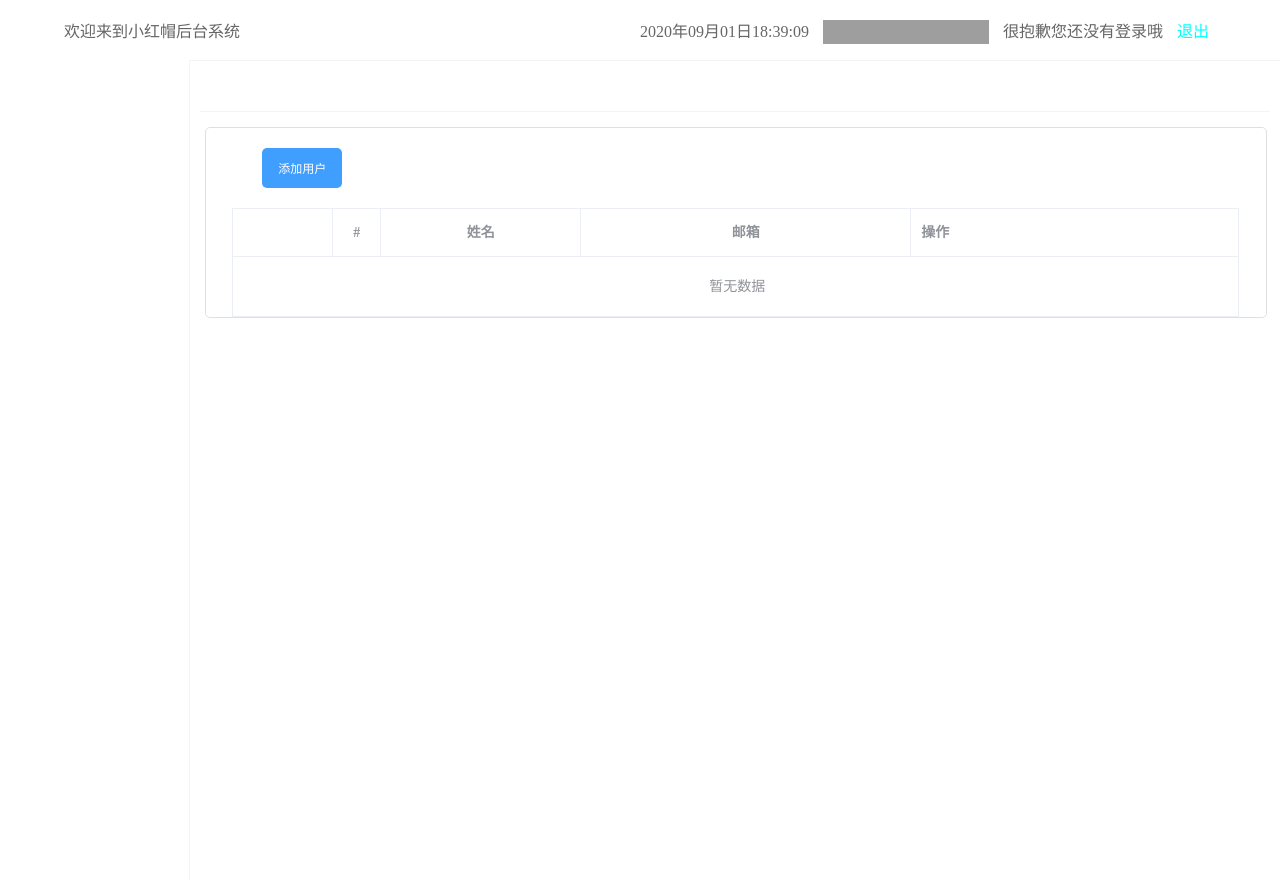
Repository: jinggegeZ/whitesystem
Page: /rights/roles
These files come from the project's save history. The page is drawn as it stood at one moment and after the next save; the edit follows.
The browser window is 1280 px wide. The pictures show the whole page.
Pictures or frames that could not be fetched are drawn as grey boxes. The page's requests for data from a server got no answer. The project was rebuilt for these pictures with package versions that can differ from the ones it lists, and the page was loaded fresh each time. No one was signed in, and anything a server would have sent is missing. Also part of the build but not shown: vue.config.js, src/views/Home.vue.

Above is the page before, as saved 2020-09-02 12:50:48.

### public/index.html
<!DOCTYPE html>
<html lang="en">
  <head>
    <meta charset="utf-8">
    <meta http-equiv="X-UA-Compatible" content="IE=edge">
    <meta name="viewport" content="width=device-width,initial-scale=1.0">
    <link rel="icon" href="<%= BASE_URL %>favicon.ico">
    <title><%= htmlWebpackPlugin.options.title %></title>
  </head>
  <body>
    <noscript>
      <strong>We're sorry but <%= htmlWebpackPlugin.options.title %> doesn't work properly without JavaScript enabled. Please enable it to continue.</strong>
    </noscript>
    <div id="app"></div>
    <!-- built files will be auto injected -->

     <!--[if lte IE 9]>
    <div style='position:absolute; top: 50%; left:50%; margin-top: -50px;margin-left: -400px; align-items: center;justify-content: center;'>
      <div style='width: 800px; height: 100px;text-align: center'>
        <h1>
        您的浏览器版本过低 请下载最新的谷歌浏览器
      </h1>
      <div style='text-align: center;width: 800px'>
        <a href=''>下载谷歌浏览器点此链接</a>
      </div>
      </div>
    </div>
  <![endif]-->
  </body>

</html>

### src/main.js
import Vue from "vue";
import App from "./App.vue";
import router from "./router";
import store from "./store";
import './bus'
import ElementUI from 'element-ui'
import 'element-ui/lib/theme-chalk/index.css'
import dayjs from 'dayjs'
import echarts from "echarts"

dayjs().format();
Vue.use(ElementUI)
Vue.config.productionTip = false;
Vue.prototype.$echarts = echarts

new Vue({
  router,
  store,
  render: h => h(App)
}).$mount("#app");

### src/App.vue
<template>
  <div id="app">
    <router-view />
  </div>
</template>

<style lang="scss">
@import '../src/style/style'
</style>

### src/store/index.js
import Vue from "vue";
import Vuex from "vuex";
import user from "./user/user";
import order from "./order/order"

Vue.use(Vuex);

export default new Vuex.Store({
  state: {},
  mutations: {},
  actions: {},
  modules: {
    user,
    order
  }
});

### src/bus/index.js
import Vue from 'vue'
const bus = new Vue()
Vue.prototype.$bus = bus

### src/style/style.css
* {
    margin: 0;
    padding: 0;
}

#app {
    width: 100%;
    height: 100%;
}
.el-menu-item {
    min-width: 100px !important;
}
html {
    width: 100%;
    height: 100%;
}

body {
    width: 100%;
    height: 100%;
}

/* 登录页面 */
.login {
    width: 100%;
    height: 100%;
}

.loginbox {
    width: 100%;
    height: 100%;
    display: flex;
    justify-content: center;
    align-items: center;

}

.loginboximg {
    width: 100%;
    height: 100%;
    position: absolute;

}

.msgbox {
    width: 636px;
    height: 400px;
    background: rgb(255, 255, 255);
    border: 1px solid rgb(204, 204, 204);
    z-index: 99;
    position: absolute;
    border-radius: 5px;
}

.topbox {
    width: 100%;
    height: 79px;
    font-size: 22px;
    display: flex;
    justify-content: space-around;
    align-items: center;
    border-bottom: 1px solid rgb(204, 204, 204);
    font-weight: 700;

}
.el-form {
    width: 100%;
}
.topinpuit {
    width: 100%;
    height: 60px;
    display: flex;
    justify-content: center;
    align-items: center;
}
.topinpuit1 {
    width: 100%;
    height: 60px;
    display: flex;
    justify-content: center;

    margin-top: 20px;
}
.topinputfont {
    width: 100%;
    height: 80px;
    display: flex;
    justify-content: center;
    font-size: 14px;
    align-items: center;
}
.topinpuit1-2 {
    width: 90%;
    display: flex;
    justify-content: center;
    align-items: center;
}
.topinpuit1-1 {
    width: 90%;
    display: flex;
    justify-content: center;
    align-items: center;
}
.submit {
    width: 100%;
    height: 80px;
    display: flex;
    justify-content: center;
    align-items: center;

}
/* layout部分 */
.layout-homebox {
    width: 100%;
    height: 100%;

}
.layout-topbox {
    width: 100%;
    height: 60px;
}
.layout-navbox {
    width: 100%;
    display: flex;

}
.layout-leftbox {
    width: 15%;
    min-height: 800px;
    height: 100%;

}
.layout-sonbox {
    padding: 10px;
    width: 85%;
    min-height: 800px;
    height: 100%;
    border-top: 1px solid rgb(244,244,244);
    border-left: 1px solid rgb(244,244,244);
}
.layout-sonbox-top {
    width: 100%;
    height: 40px;
    border-bottom: 1px solid rgb(244,244,244);
    display: flex;
    align-items: center;
}
.layout-sonbox-top-item {
    padding: 3px 15px;
    font-size: 12px;
    border: 1px solid rgb(224,224,224);
    margin-left: 10px;
    border-radius: 5px;
}
.layout-sonbox-top-item:hover {
    background: rgb(7, 170, 235);
    color: white;
}
.layout-sonbox-top-item:hover .vis {
    visibility: visible;

}
.vis {
    visibility: hidden;
}
.layout-sonbox-top-item2 {
    margin-left: 10px;
    margin-right: 10px;

}
.layout-sonbox-box {
    margin-top: 10px;
}
/* 头部样式 */
.top-Box {
    width: 100%;
    height: 60px;
    display: flex;
    justify-content: center;
    align-items: center;

}
.top-box {
    width: 90%;
    height: 60px;
    display: flex;
    justify-content: space-between;
    align-items: center;
}
.top-box-left {
    width: 50%;
    height: 100%;
    font-size: 16px;
    color: #666;
    display: flex;
    align-items: center;
}
.top-box-right {
    width: 590px;
    height: 100%;
    font-size: 20px;
    color: #666;
    display: flex;
    justify-content: space-around;
    align-items: center;
    font-size: 16px;
}
.logout {
    color: aqua;
}
.weather {
    height: 21px;
}
iframe{
    width: 166px;
}
iframe html{
    width: 166px;
}
iframe body{
    width: 166px;
}

### src/views/layout1/layout.vue
<template>
  <div class="layout-homebox">
    <div class="layout-topbox">
      <topbox></topbox>
    </div>
    <div class="layout-navbox">
      <div class="layout-leftbox">
        <leftbox></leftbox>
      </div>
      <div class="layout-sonbox">
      <used></used>
        <div class="layout-sonbox-box">
          <template>
            <router-view />
          </template>
        </div>
      </div>
    </div>
  </div>
</template>

<script>
import topbox from "../../components/topbox/topbox";
import leftbox from "../../components/leftbox/leftbox";
import used from "../../components/used/used"
export default {
  name: "",
  props: {},
  components: {
    topbox,
    leftbox,
    used
  },
  data() {
    return {};
  },
  methods: {},
  mounted() {},
  watch: {},
  computed: {}
};
</script>

<style scoped lang='scss'>
</style>

### src/views/roleList/RoleList.vue
<template>
  <div class="UserListbox">
    <div class="userListbox">
      <div class="userListbox-serach">
        <div class="userListbox-serach1">
          <div class="adduser" @click="opendiolog">添加用户</div>
           <template>
                  <el-dialog
                    title="添加用户"
                    :visible.sync="dialogVisible1"
                    width="30%"
                    :before-close="handleClose1"
                  >
                    <span>
                      <el-form
                        :label-position="labelPosition"
                        label-width="80px"
                        :model="formLabelAlign1"
                        :rules="rules"

                      >
                        <el-form-item label="用户姓名" prop="name" >
                          <el-input v-model="formLabelAlign1.name"></el-input>
                        </el-form-item>
                        <el-form-item label="用户密码" prop="password"  >
                          <el-input type="password" v-model="formLabelAlign1.password"></el-input>
                        </el-form-item>
                        <el-form-item label="邮箱" prop="email"  >
                          <el-input v-model="formLabelAlign1.email"></el-input>
                        </el-form-item>
                        <el-form-item label="电话" prop="mobile"  >
                          <el-input v-model="formLabelAlign1.mobile"></el-input>
                        </el-form-item>

                      </el-form>
                    </span>
                    <span slot="footer" class="dialog-footer">
                      <el-button @click="dialogVisible1 = false">取 消</el-button>
                      <el-button type="primary" @click="addUser">确 定</el-button>
                    </span>
                  </el-dialog>
                </template>
        </div>
      </div>
      <div class="userListbox-nav">
        <!-- 用户表格 -->
        <div class="list_b">
          <el-table :data="roles" border stripe style="width: 100%">
          <!-- 展开符 -->
            <el-table-column label="" align="center" width="100"></el-table-column>
            <!-- 下标 -->
            <el-table-column label="#" type="index" :index="indexMethod" align="center"></el-table-column>
            <!-- 姓名 -->
            <el-table-column prop="roleName" label="姓名" width="200" align="center"></el-table-column>
            <!-- 角色 -->
            <el-table-column prop="roleDesc" label="邮箱" width="330" align="center"></el-table-column>
            <!-- 操作 -->
            <el-table-column label="操作" width="330">
              <template slot-scope="scope">
                <el-tooltip class="item" effect="dark" content="编辑角色" placement="top">
                  <el-button
                    size="mini"
                    type="primary"
                    icon="el-icon-edit"
                    @click="handleEdit(scope.$index, scope.row)"
                  ></el-button>
                </el-tooltip>
                <template>
                  <el-dialog
                    title="编辑信息"
                    :visible.sync="dialogVisible"
                    width="30%"
                    :before-close="handleClose"
                  >
                    <span>
                      <el-form
                        :label-position="labelPosition"
                        label-width="80px"
                        :model="formLabelAlign"
                      >
                        <el-form-item label="用户名" disabled>
                          <el-input v-model="formLabelAlign.name"></el-input>
                        </el-form-item>
                        <el-form-item label="邮箱" prop="email">
                          <el-input v-model="formLabelAlign.email"></el-input>
                        </el-form-item>
                        <el-form-item label="电话" prop="mobile">
                          <el-input v-model="formLabelAlign.mobile"></el-input>
                        </el-form-item>
                      </el-form>
                    </span>
                    <span slot="footer" class="dialog-footer">
                      <el-button @click="dialogVisible = false">取 消</el-button>
                      <el-button type="primary" @click="changemsg">确 定</el-button>
                    </span>
                  </el-dialog>
                </template>
                <el-tooltip class="item" effect="dark" content="删除角色" placement="top">
                  <el-button
                    size="mini"
                    type="danger"
                    icon="el-icon-delete"
                    @click="handleDelete(scope.$index, scope.row)"
                  ></el-button>
                </el-tooltip>
                <el-tooltip class="item" effect="dark" content="分配角色" placement="top">
                  <el-button
                    size="mini"
                    type="warning"
                    icon="el-icon-setting"
                    @click="handleshare(scope.$index, scope.row)"
                  ></el-button>
                </el-tooltip>
                <template>
                  <el-dialog
                    title="编辑信息"
                    :visible.sync="dialogVisible2"
                    width="30%"
                    :before-close="handleClose"
                  >
                    <span>
                    123
                    </span>
                    <span slot="footer" class="dialog-footer">
                      <el-button @click="dialogVisible2 = false">取 消</el-button>
                      <el-button type="primary" @click="dialogVisible2 = false">确 定</el-button>
                    </span>
                  </el-dialog>
                </template>
              </template>
            </el-table-column>
          </el-table>
        </div>
      </div>
    </div>
  </div>
</template>

<script>
import { createNamespacedHelpers } from "vuex";
const userModule = createNamespacedHelpers("user");
const { mapState, mapActions } = userModule;
export default {
  name: "UserList",
  props: {},
  components: {},
  data() {
    return {
      keyword: "",
      pagenum: 1,
      pagesize: 5,
      query: "",
      id: "",
      value: true,
      tableData: [],
      dialogVisible: false,
      dialogVisible1:false,
      dialogVisible2:false,
      labelPosition: "right",
       formLabelAlign: {
        name: "",
        email: "",
        mobile: ""
      },
      formLabelAlign1: {
        name: "",
        password:"",
        email: "",
        mobile: ""
      },
      rules: {
        name: [
          { required: true, message: "请输入用户名", trigger: "change" },
          {

            message: "用户名不能为空",
            trigger: ["blur", "change"]
          }
        ],
        password: [
          { required: true, message: "请输入邮箱地址", trigger: "change" },
          {
            min:"6",
            message: "密码至少为6位",
            trigger: ["blur", "change"]
          }
        ],
        email: [
          { required: false, message: "请输入邮箱地址", trigger: "change" },
          {
            type: "email",
            message: "请输入正确的邮箱地址",
            trigger: ["blur", "change"]
          }
        ],
        mobile: [
          { required: false, message: "请输入电话", trigger: "change" },
          {
           min:"11",
           max:'11',
            message: "请输入正确的手机号码",
            trigger: ["blur", "change"]
          }
        ]
      }
    };
  },
  methods: {
    //展开符运算
    ...mapActions(["getroles"]),
    //表格
    handleEdit(index, row) {
      console.log(index, row);
      //打开diolog
      this.dialogVisible = true;
      this.formLabelAlign.name = row.username
      this.formLabelAlign.email = row.email
      this.formLabelAlign.mobile = row.mobile
      this.id = row.id
    },
    changemsg(){
      this.dialogVisible = false
      //编辑用户请求
      this.changeusermsg({
        id: this.id,
        email: this.formLabelAlign.email,
        mobile: this.formLabelAlign.mobile,
         pagenum: this.pagenum,
        pagesize: this.pagesize,
        query: this.query
      })
    },
    handleClose(done) {
      this.$confirm("确认关闭？")
        .then(() => {
          done();
          this.formLabelAlign.name = "";
          this.formLabelAlign.email = "";
          this.formLabelAlign.email = "";
        })
        .catch(() => {});
    },
    //删除
    handleDelete(index, row) {
      console.log(index, row);
      this.deleteUser({
        id: row.id,
        pagenum: this.pagenum,
        pagesize: this.pagesize,
        query: this.query
      });
    },
    //分配角色
    handleshare(index, row){
       console.log(index, row);
       this.dialogVisible2 = true
    },
    //修改状态
    change(e) {
      console.log(e);
      this.changUsertype({
        uId: e.id,
        type: e.mg_state,
        pagenum: this.pagenum,
        pagesize: this.pagesize,
        query: this.query
      });
    },
    //打开弹框
    opendiolog(){
      this.dialogVisible1 = true
    },
    //添加用户
    addUser(){

      this.dialogVisible1 = false
      this.addUsers({
        username:this.formLabelAlign1.name,
        password:this.formLabelAlign1.password,
        email:this.formLabelAlign1.email,
        mobile:this.formLabelAlign1.mobile,
         pagenum: this.pagenum,
        pagesize: this.pagesize,
        query: this.query
      })
    },
     handleClose1(done) {
      this.$confirm("确认关闭？")
        .then(() => {
          done();
          this.formLabelAlign.name = "";
          this.formLabelAlign.email = "";
          this.formLabelAlign.email = "";
        })
        .catch(() => {});
    },
    //获取下标
    indexMethod(index) {
      return index * 1;
    },
  },
  mounted() {
    this.getroles();
  },
  watch: {},
  computed: {
    ...mapState(["roles"])
  }
};
</script>

<style scoped lang='scss'>
.UserListbox {
  padding: 5px;
}
.userListbox {
  width: 100%;
  border: 1px solid rgb(224, 224, 224);
  border-radius: 5px;
}
.list_b {
  width: 95%;
  height: 95%;
}
.userListbox-nav {
  width: 100%;
  display: flex;
  justify-content: center;
  align-items: center;
}
.userListbox-serach {
  width: 100%;
  height: 80px;
  display: flex;
  align-items: center;
  justify-content: center;
}
.userListbox-serach1 {
  width: 95%;
  display: flex;
  align-items: center;
}
.serachbox {
  width: 47px;
  height: 39px;
  display: flex;
  justify-content: center;
  align-items: center;
}

.adduser {
  width: 80px;
  height: 40px;
  display: flex;
  justify-content: center;
  align-items: center;
  color: white;
  font-size: 12px;
  background: rgb(64, 158, 255);
  margin-left: 30px;
  border-radius: 5px;
}
.fenye {
  margin-top: 10px;
  margin-bottom: 10px;
}
</style>

### src/components/topbox/topbox.vue
<template>
  <div>
    <div class="top-Box">
      <div class="top-box">
        <div class="top-box-left">欢迎来到小红帽后台系统</div>
        <div class="top-box-right">
          <div>{{ nowDate }}{{ nowTime }}</div>
          <div class="weather"><iframe scrolling="no" src="https://tianqiapi.com/api.php?style=tf&skin=cherry" frameborder="0" width="400" height="24" allowtransparency="true"></iframe></div>
          <div v-if="this.adminUser">亲爱的：{{adminUser.username}}</div>
          <div v-else>很抱歉您还没有登录哦</div>
          <div @click="logout" class="logout">退出</div>
        </div>
      </div>
    </div>
  </div>
</template>
<script>
export default {
  name: "",
  props: {},
  components: {},
  data() {
    return {
      nowDate: null, //存放年月日变量
      nowTime: null, //存放时分秒变量
      timer: "", //定义一个定时器的变量
      currentTime: new Date(), // 获取当前时间
      adminUser:[], //获取用户信息
      adminToken:"", //获取令牌
    };
  },
  methods: {
    //获取时间
    getTime() {
      const date = new Date();
      const year = date.getFullYear();
      const month = date.getMonth() + 1;
      const day = date.getDate();
      const hour = date.getHours();
      const minute = date.getMinutes();
      const second = date.getSeconds();
      this.month = check(month);
      this.day = check(day);
      this.hour = check(hour);
      this.minute = check(minute);
      this.second = check(second);
      function check(i) {
        const num = i < 10 ? "0" + i : i;
        return num;
      }
      this.nowDate = year + "年" + this.month + "月" + this.day + "日";
      this.nowTime =
        this.hour + ":" + this.minute + ":" + this.second ;
    },
    //退出登录
    logout(){
      localStorage.removeItem('adminUser')
      this.$router.push('/login')
    },

  },
  mounted() {
    //获取时间
    this.timer = setInterval(this.getTime, 1000);
    //获取个人信息
    this.adminUser = JSON.parse(localStorage.getItem('adminUser'))
    this.adminToken = localStorage.getItem('adminToken')




  },
  beforeDestroy() {
    if (this.timer) {
      clearInterval(this.timer); // 在Vue实例销毁前，清除定时器
    }

  },
  watch: {},
  computed: {

  }
};
</script>

<style scoped lang='scss'>
</style>

### src/components/leftbox/leftbox.vue
<template>
  <div>
    <el-menu :default-active="$route.path" unique-opened router>
      <template v-for="item in menus">
        <el-submenu :index="item.path" :key="item.id" v-if="item.children">
          <template slot="title">
            <i :class="item.icon"></i>
            <span>{{ item.authName }}</span>
          </template>
          <el-menu-item-group>
            <el-menu-item
              :index="children.path"
              v-for="children in item.children"
              :key="children.path"
            >
              <i :class="children.icon"></i>
              <span
                slot="title"
                @click="chose(children.path, children.authName)"
              >{{ children.authName }}</span>
            </el-menu-item>
          </el-menu-item-group>
        </el-submenu>
        <el-menu-item :index="item.path" :key="item.path" v-else>
          <span slot="title">{{ item.authName }}</span>
        </el-menu-item>
      </template>
    </el-menu>
  </div>
</template>

<script>
import { createNamespacedHelpers } from "vuex";
const userModule = createNamespacedHelpers("user");
const { mapState: userState, mapActions: userActions } = userModule;
export default {
  name: "",
  props: {},
  components: {},
  data() {
    return {
      activeIndex: "/index",
      addresslist: []
    };
  },
  methods: {
    ...userActions(["getMenus"]),
    //选择子元素
    chose(path, name) {
      console.log(path, name);
      let arr = JSON.parse(localStorage.getItem("uesdTabs"));
      if (arr) {
        // 去重
        let length = arr.filter(item => {
          return item.path === path;
        }).length;

        if (length === 0) {
          arr.push({
            path: path,
            name: name
          });
        }
      } else {
        arr = [];
        arr.push({
          path: path,
          name: name
        });
      }
      localStorage.setItem("uesdTabs", JSON.stringify(arr));
    }
  },
  mounted() {
    this.getMenus();
  },
  watch: {},
  computed: {
    ...userState(["menus"])
  }
};
</script>

<style scoped lang='scss'>
</style>

### src/components/used/used.vue
<template>
  <div>
    <div class="layout-sonbox-top" >
      <div class="layout-sonbox-top-item" v-for="item in Tabs" :key="item.path">
        <span class="vis">●</span> <span class="layout-sonbox-top-item2">{{item.name}}</span><span class="vis" @click="deletes(item)">X</span>
      </div>
    </div>
  </div>
</template>

<script>
export default {
  name: "used",
  props: {},
  components: {},
  data() {
    return {
      Tabs: []
    };
  },
  methods: {
    //获取local
    getlocal(){
      if (localStorage.getItem("uesdTabs")) {
      this.Tabs = JSON.parse(localStorage.getItem("uesdTabs"))
      // console.log(this.Tabs);
    }
    },
    //删除元素
    deletes(item){
      console.log(item);
    }
  },
  mounted() {
  this.getlocal()
  },
  watch: {
        // 监听路由跳转
    "$route.path": {
      handler(val) {
        this.getlocal();
        console.log("菜单：", val);
        this.currentPath = val; //val是路由跳转的path
      },
      immediate: true, //立即执行
    },
  },
  computed: {

  }
};
</script>

<style scoped lang='scss'>
</style>

Loaded but not shown: src/store/user/user.js (195 lines, source omitted); src/router/index.js (183 lines, source omitted); src/store/order/order.js (57 lines, source omitted); src/http/api.js (52 lines, source omitted); src/http/index.js (66 lines, source omitted)

After the next save:
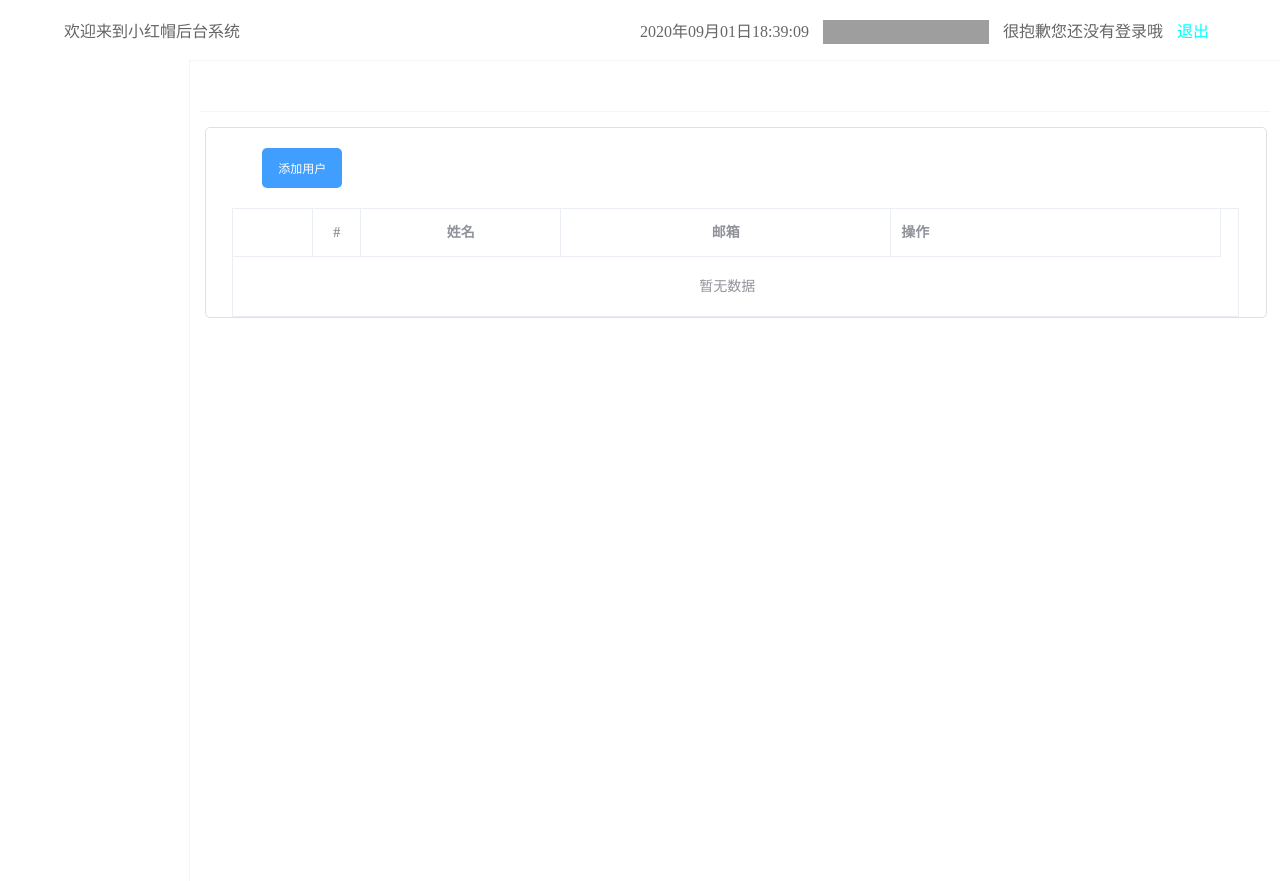
Saved 11 s later.
--- a/src/views/roleList/RoleList.vue
+++ b/src/views/roleList/RoleList.vue
@@ -47,7 +47,7 @@
         <div class="list_b">
           <el-table :data="roles" border stripe style="width: 100%">
           <!-- 展开符 -->
-            <el-table-column label="" align="center" width="100"></el-table-column>
+            <el-table-column label="" align="center" width="80"></el-table-column>
             <!-- 下标 -->
             <el-table-column label="#" type="index" :index="indexMethod" align="center"></el-table-column>
             <!-- 姓名 -->
